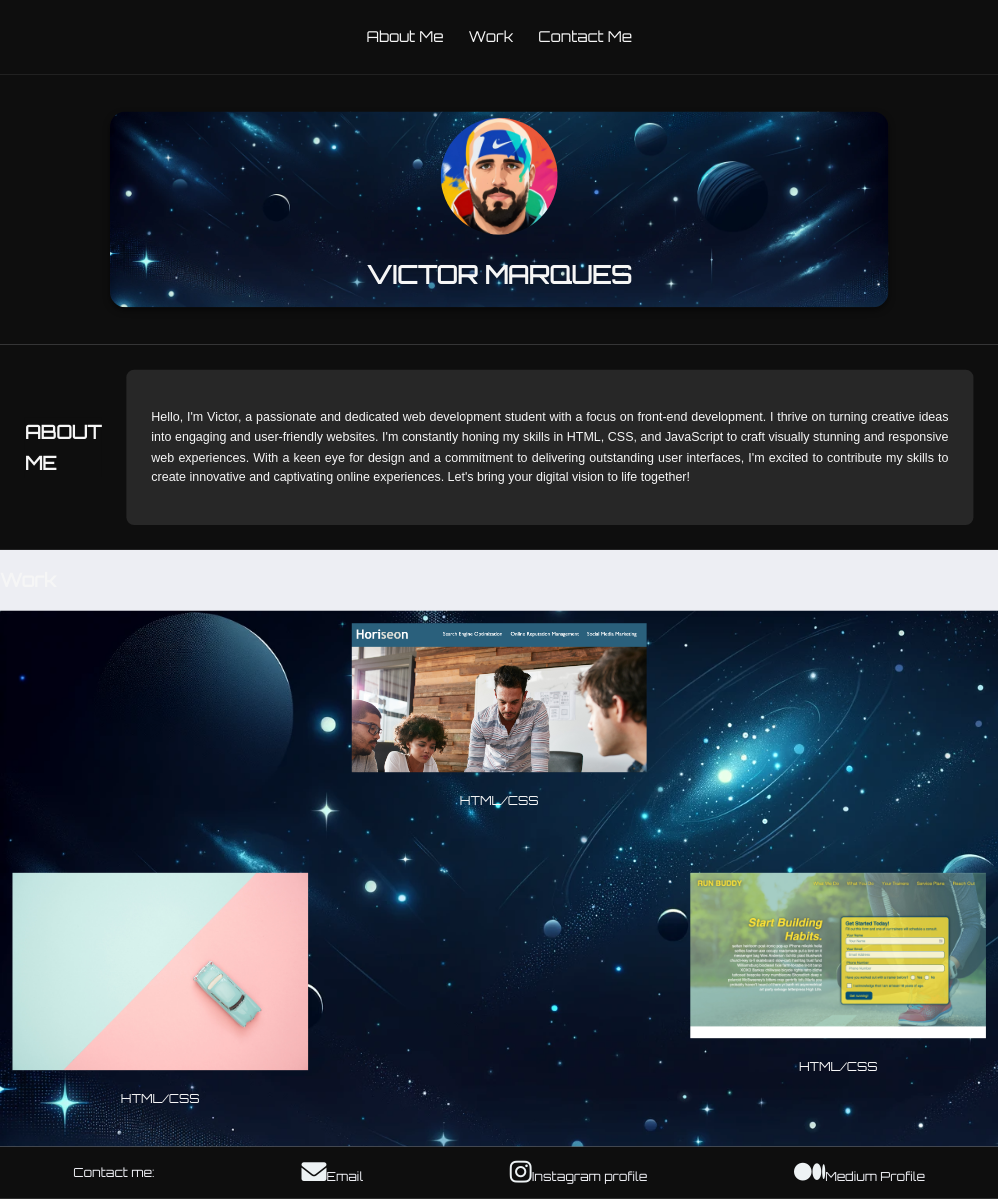
Repository: uvee35/Challenge2-Victor
Page: index.html
An editor plug-in stored every save of this project. The page is shown before and after the next save, followed by the edit.
The browser window is 1280 px wide. The pictures show the whole page, at 78% of full size.

Above is the page before, as saved 2023-12-12 22:35:21.

After the next save:
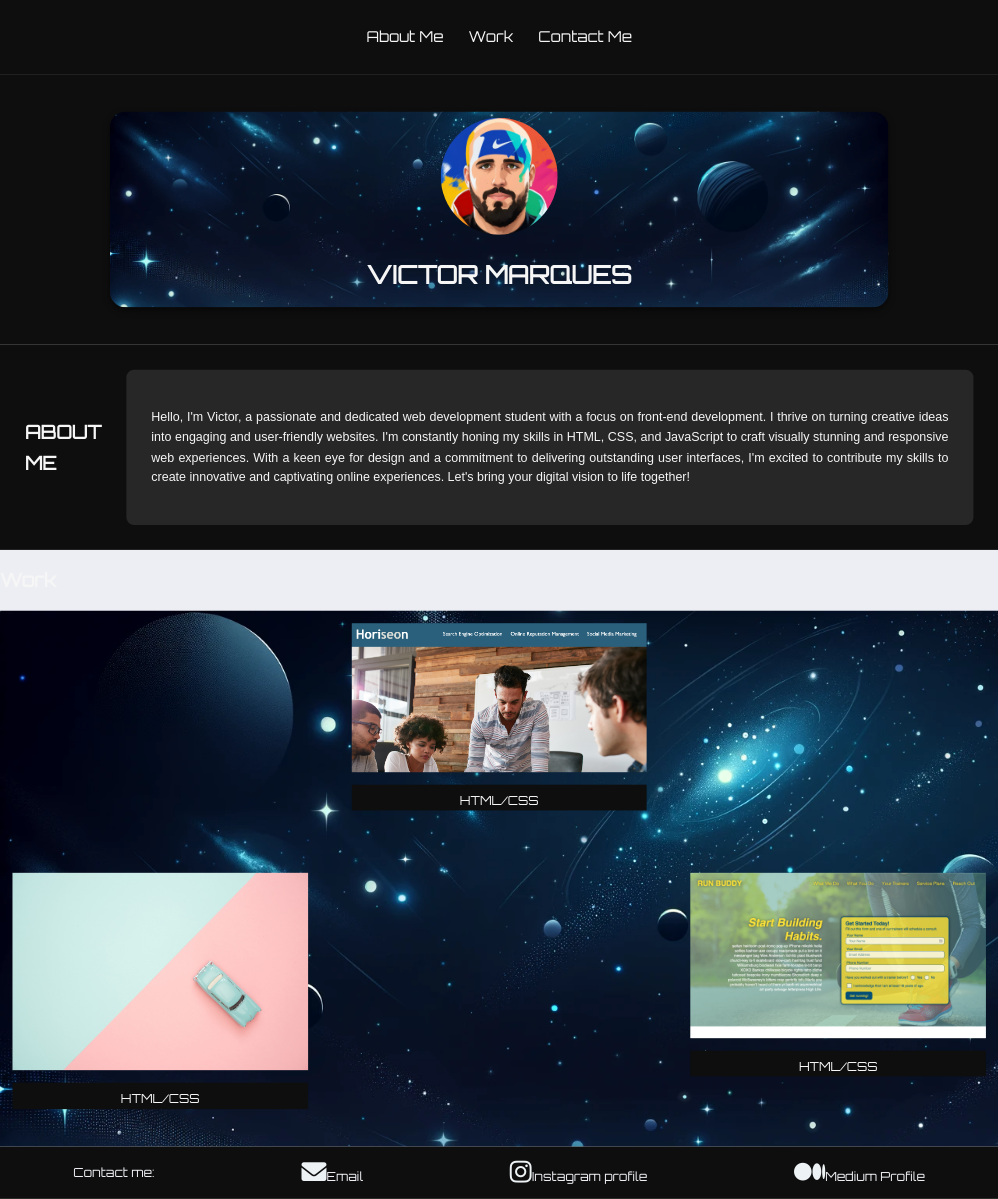
Saved 44 s later.
--- a/assets/style.css
+++ b/assets/style.css
@@ -122,7 +122,7 @@
   color: var(--font-color);
   font-size: 1.5rem;
   margin-right: 2rem;
-  background-color: #0e0e0e;
+
 }
 
 .about-box {
@@ -140,7 +140,9 @@
   margin: auto;
   grid-column: 1 / -1;
 }
-
+.project-description{
+  background-color: #0e0e0e;
+}
 
 
 .project {

After the save that followed:
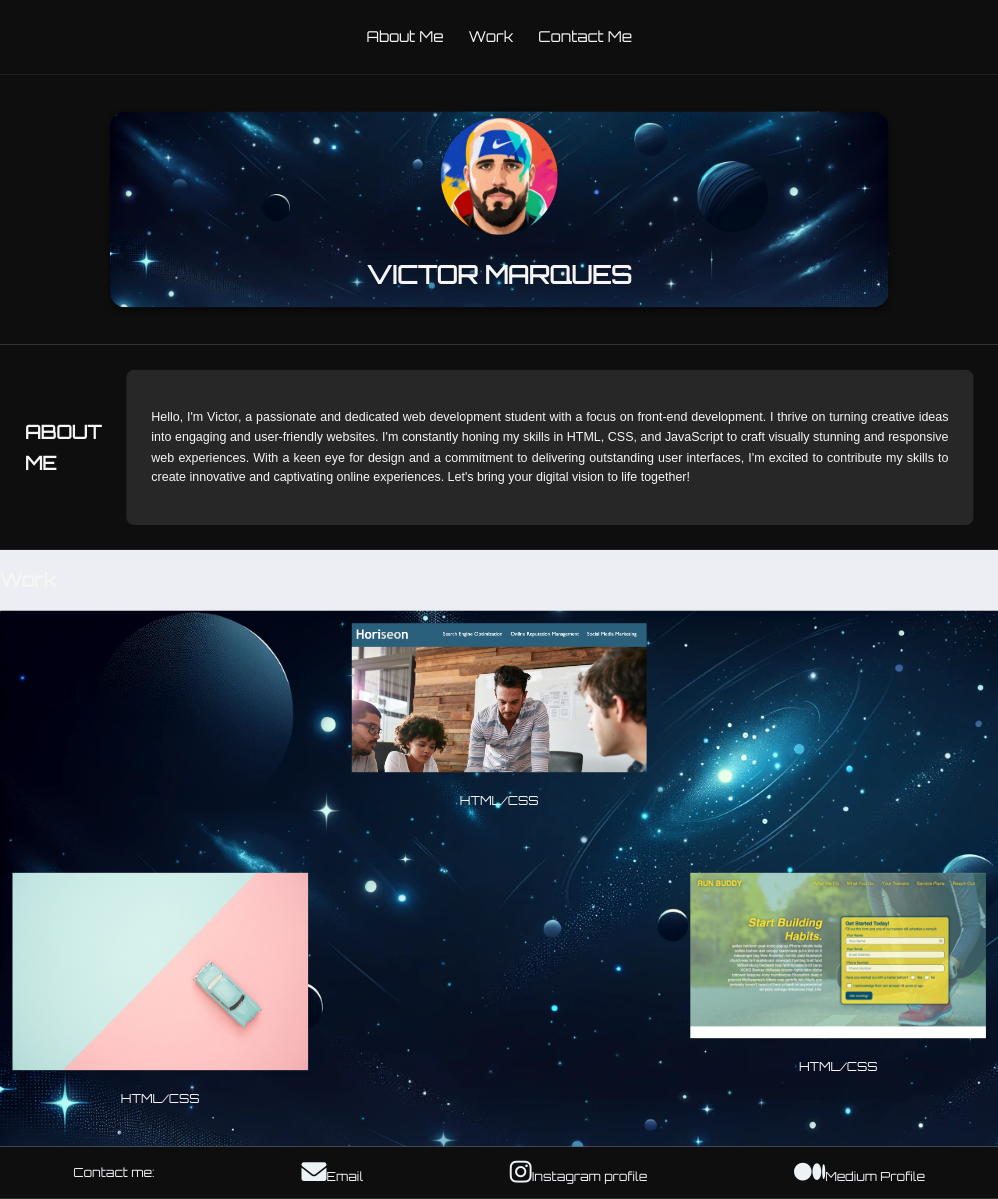
Saved 29 s later.
--- a/assets/style.css
+++ b/assets/style.css
@@ -140,8 +140,9 @@
   margin: auto;
   grid-column: 1 / -1;
 }
-.project-description{
-  background-color: #0e0e0e;
+
+.work-title{
+  background-color: black;
 }
 
 
